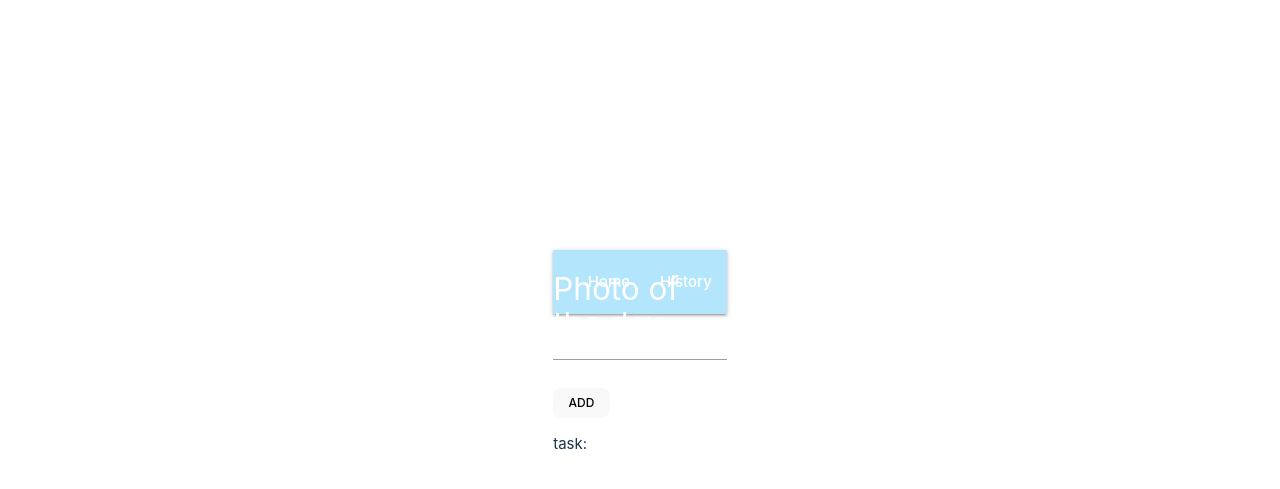
Repository: iveivs/myReactTaskManager
Page: /done, after clicking the first element matching `button`
The author's editor kept a copy of each file at every save. The page is drawn from the files as they stood at one save, then again after a run of saves.
The browser window is 1280 px wide. The pictures show the whole page.
The project was rebuilt for these pictures with package versions that can differ from the ones it lists, and the page was loaded fresh each time. Also part of the build but not shown: vite.config.js.

Above is the page before, as saved 2024-02-12 08:09:50.

After the next 2 saves:
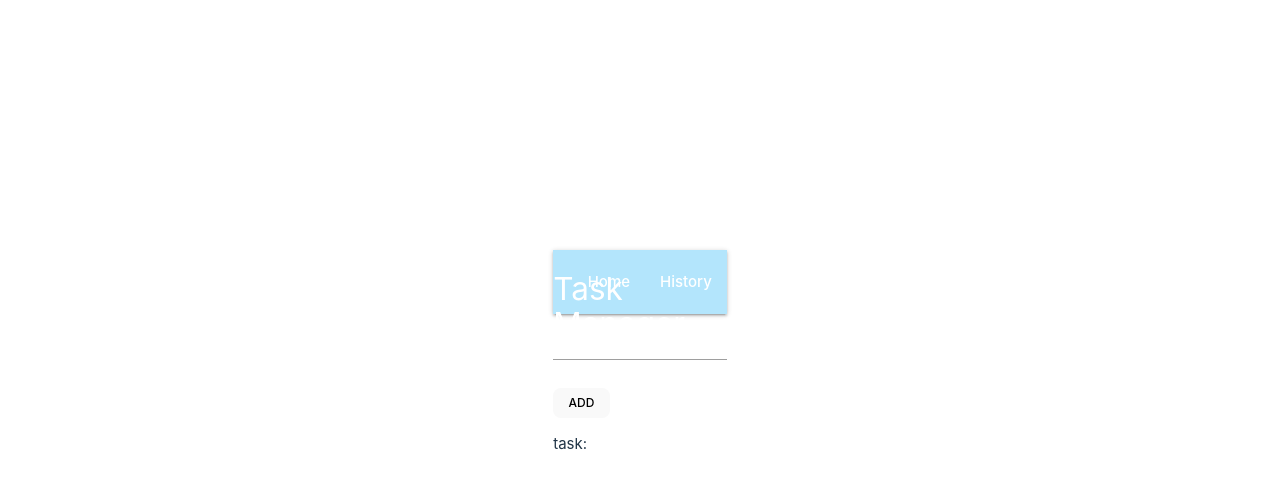
The 2 saves are shown as one change because they came seconds apart.
The last was saved 29 s later.
--- a/src/components/Header.jsx
+++ b/src/components/Header.jsx
@@ -5,7 +5,7 @@ export default function Header() {
         <nav className="light-blue lighten-4">
             <div className="nav-wrapper">
                 <h4 className="brand-logo">
-                    Photo of the day
+                    Task Manager
                 </h4>
                 <ul id="nav-mobile" className="right hide-on-med-and-down">
                     <li>
